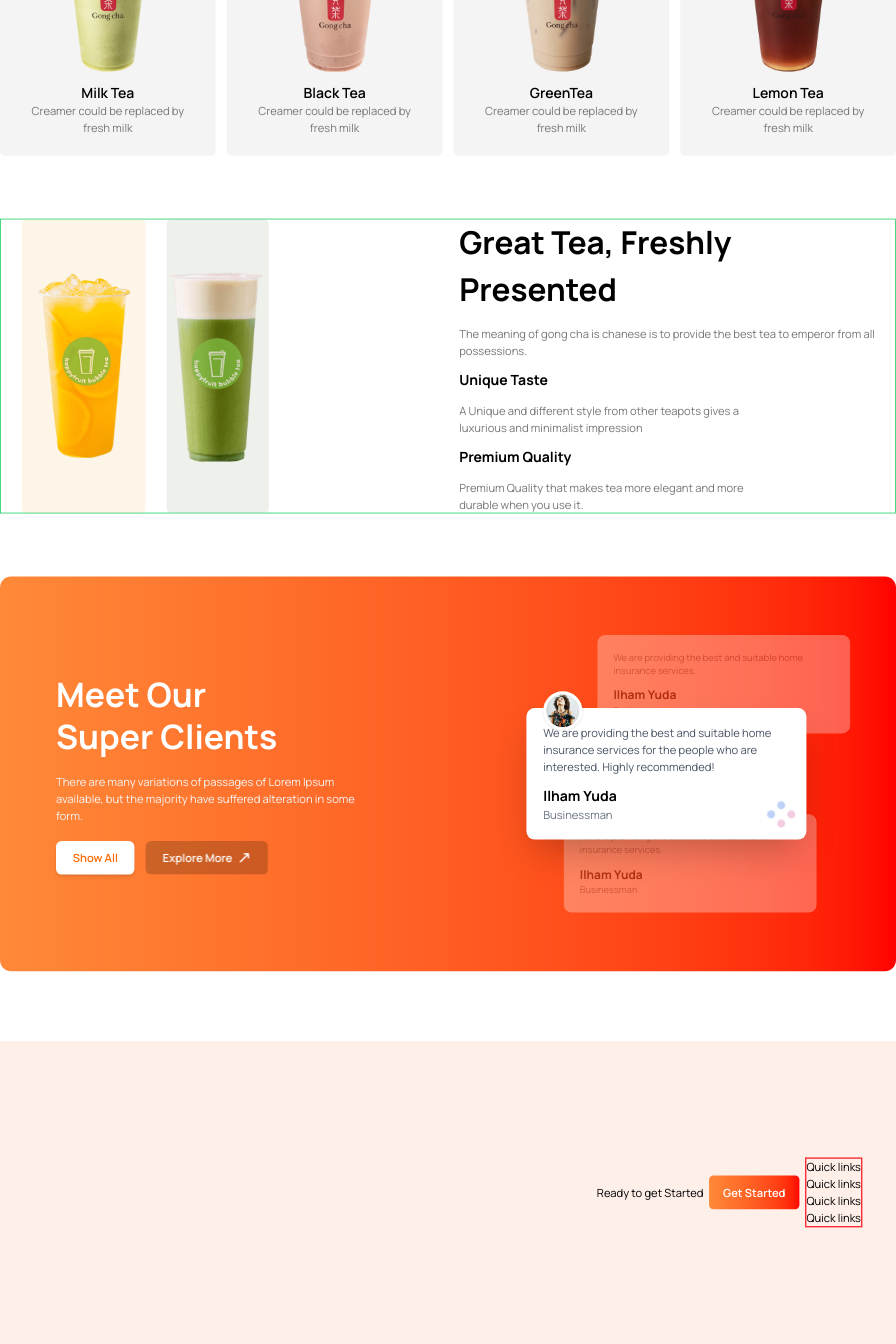
Repository: tanimtanzilislam/Tea-house
Page: index.html
These files come from the project's save history. The page is drawn as it stood at one moment and after a run of saves; the edit follows.
The browser window is 1280 px wide. The pictures show the part of the page from y = 1069 to 2989 px (the page is 2989 px tall), at 70% of full size.
Some web libraries are served in a nearby version.

Above is the page before, as saved 2026-04-10 17:53:16.

After the next 2 saves:
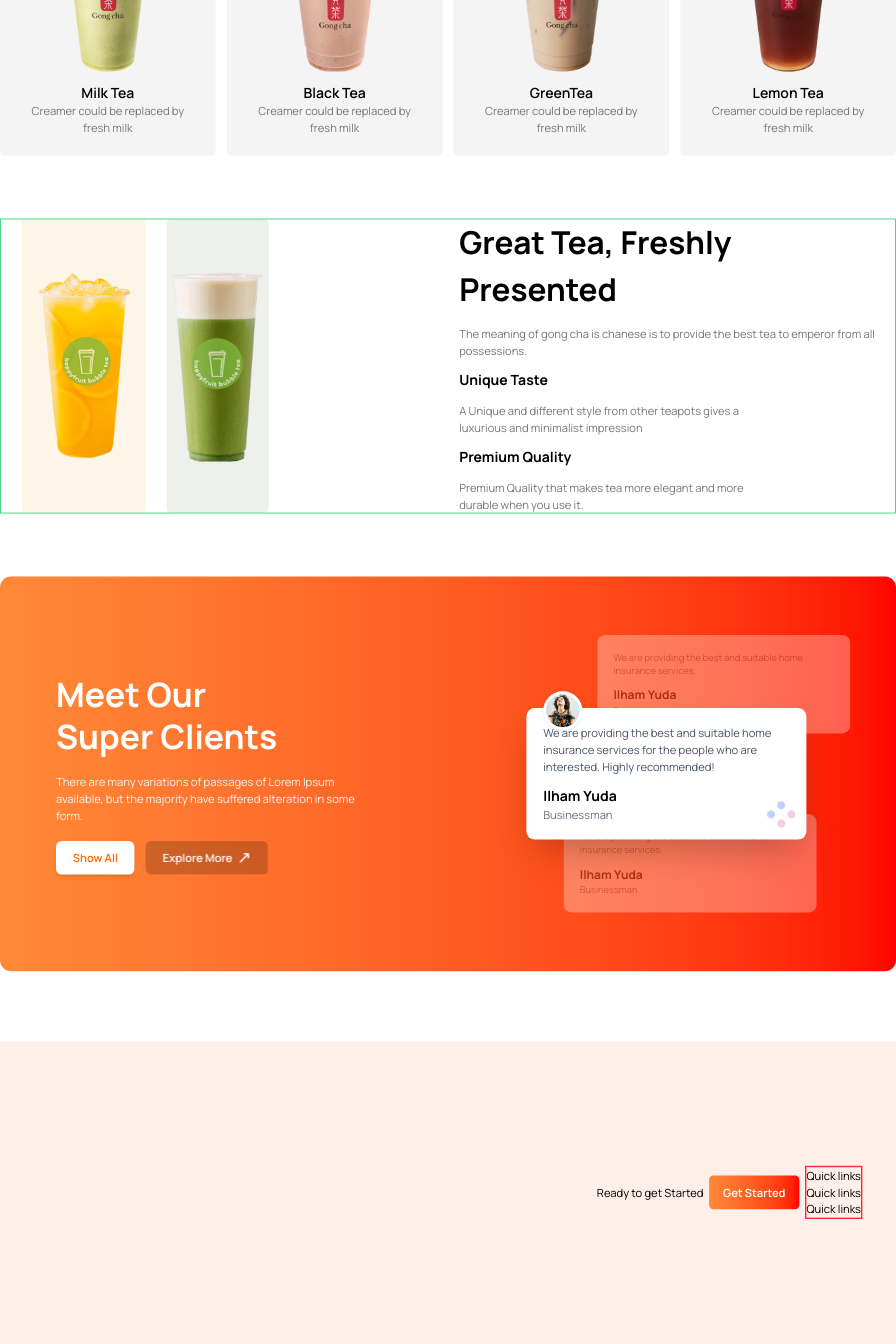
The 2 saves are shown as one change because they came seconds apart.
The last was saved 17 s later.
--- a/index.html
+++ b/index.html
@@ -222,7 +222,7 @@
 <div class="border-2 border-red-500">
     <ul>
         <li>Quick links</li>
-         <li>Quick links</li>
+         <li><a href=""></a></li>
         <li>Quick links</li>
         <li>Quick links</li>
     </ul>
